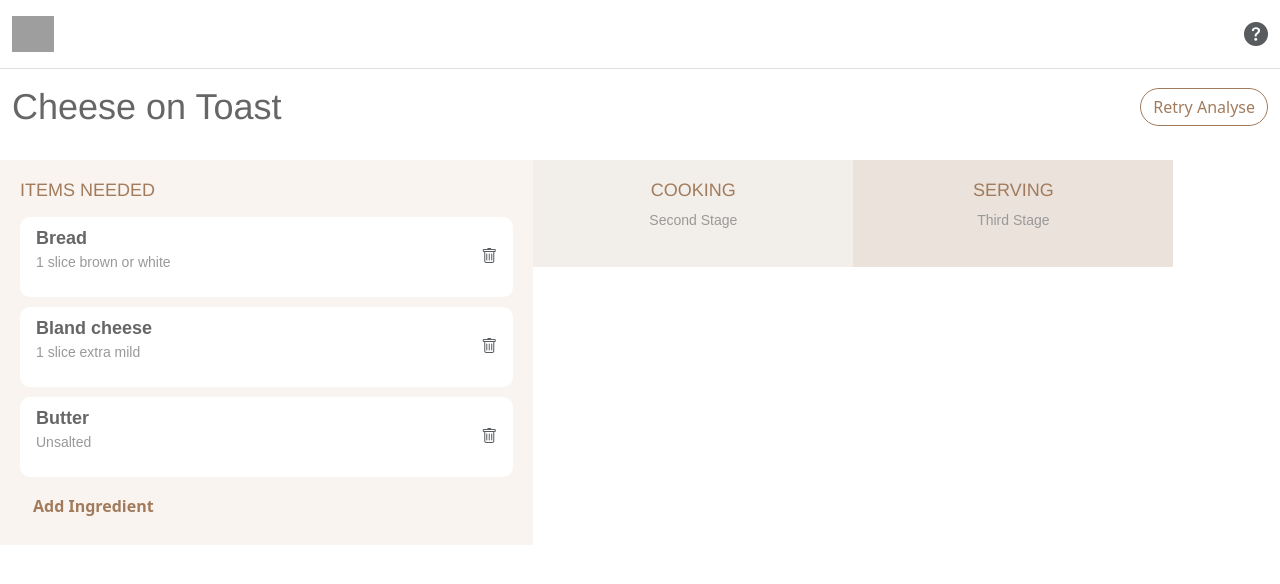
Repository: devashrisamani/SMC
Page: index.html
An editor plug-in stored every save of this project. The page is shown before and after the next save, followed by the edit.
The browser window is 1280 px wide. The pictures show the whole page.
Pictures or frames that could not be fetched are drawn as grey boxes.

Above is the page before, as saved 2024-10-09 15:21:26.

### index.html
<!DOCTYPE html>
<html lang="en">
  <head>
    <meta charset="UTF-8" />
    <meta name="viewport" content="width=device-width, initial-scale=1.0" />
    <link
      href="https://cdn.jsdelivr.net/npm/bootstrap@5.3.0-alpha1/dist/css/bootstrap.min.css"
      rel="stylesheet"
    />
    <link
      href="https://cdn.jsdelivr.net/npm/bootstrap-icons/font/bootstrap-icons.css"
      rel="stylesheet"
    />
    <link rel="stylesheet" href="styles.css" />
    <title>Recipe Page</title>
  </head>
  <body>
    <!-- Header -->
    <header class="container-fluid border-bottom py-3">
      <div class="d-flex justify-content-between align-items-center">
        <!-- Logo -->
        <div>
          <img src="img/logomark.svg" alt="Logo" class="logo" />
        </div>

        <!-- Help Icon -->
        <div>
          <i class="bi bi-question-circle-fill fs-4 text-muted"></i>
        </div>
      </div>
    </header>

    <!-- Title and Retry Button -->
    <section class="container-fluid py-3">
      <div class="d-flex justify-content-between align-items-center">
        <!-- Title -->
        <h1 class="header-title">Cheese on Toast</h1>

        <!-- Retry Button -->
        <button class="btn btn-outline-primary retry-btn">Retry Analyse</button>
      </div>
    </section>

    <!-- Main Content -->
    <section class="container-fluid py-3">
      <div class="row">
        <!-- First Rectangle: Items Needed -->
        <div class="col-md-5 rectangle items-needed">
          <h4 class="items-title">ITEMS NEEDED</h4>

          <!-- Ingredients List -->
          <ul class="list-group ingredients-list">
            <li
              class="list-group-item d-flex justify-content-between align-items-center"
            >
              <div>
                <strong>Bread</strong>
                <p>1 slice brown or white</p>
              </div>
              <i class="bi bi-trash text-muted"></i>
            </li>
            <li
              class="list-group-item d-flex justify-content-between align-items-center"
            >
              <div>
                <strong>Bland cheese</strong>
                <p>1 slice extra mild</p>
              </div>
              <i class="bi bi-trash text-muted"></i>
            </li>
            <li
              class="list-group-item d-flex justify-content-between align-items-center"
            >
              <div>
                <strong>Butter</strong>
                <p>Unsalted</p>
              </div>
              <i class="bi bi-trash text-muted"></i>
            </li>
          </ul>

          <!-- Add Ingredient Button -->
          <button class="btn btn-link add-ingredient">Add Ingredient</button>
        </div>

        <!-- Second Rectangle: Cooking -->
        <div class="col-md-3 rectangle cooking">
          <h5>COOKING</h5>
          <p>Second Stage</p>
        </div>

        <!-- Third Rectangle: Serving -->
        <div class="col-md-3 rectangle serving">
          <h5>SERVING</h5>
          <p>Third Stage</p>
        </div>
      </div>
    </section>

    <script src="https://cdn.jsdelivr.net/npm/bootstrap@5.3.0-alpha1/dist/js/bootstrap.bundle.min.js"></script>
  </body>
</html>

### styles.css
/* Custom styles for the header */
.logo {
  width: 42px;
  height: 36px;
}

.bi-question-circle-fill {
  color: #a27b5c;
}

.border-bottom {
  border-color: #eee;
}

/* Title Section */
.header-title {
  font-family: "Calistoga-Regular", Helvetica, sans-serif;
  color: #666666;
  font-size: 36px;
  margin: 0;
}

.retry-btn {
  border-color: #a27b5c;
  color: #a27b5c;
  border-radius: 20px;
}

.retry-btn:hover {
  background-color: #a27b5c;
  color: #fff;
}

/* Styling for the three rectangles */

.rectangle {
  background-color: #f7f3ef;
  padding: 20px;
  height: 100%;
  margin-bottom: 10px;
}

.items-needed {
  background-color: #f9f4ef;
}

.cooking {
  background-color: #f2eee9;
  text-align: center;
}

.serving {
  background-color: #eae2db;
  text-align: center;
}

/* Title and Text Styles */
.items-title {
  font-family: "Calistoga-Regular", Helvetica, sans-serif;
  color: #a27b5c;
  font-size: 18px;
  margin-bottom: 15px;
}

.ingredients-list .list-group-item {
  border: none;
  border-radius: 10px;
  background-color: #fff;
  margin-bottom: 10px;
  font-family: "DM Sans", sans-serif;
}

.ingredients-list .list-group-item strong {
  font-size: 18px;
  color: #666666;
}

.ingredients-list .list-group-item p {
  font-size: 14px;
  color: #999999;
}

.add-ingredient {
  color: #a27b5c;
  font-weight: bold;
  text-decoration: none;
}

.cooking h5,
.serving h5 {
  font-family: "Calistoga-Regular", Helvetica, sans-serif;
  font-size: 18px;
  color: #a27b5c;
}

.cooking p,
.serving p {
  font-family: "DM Sans", sans-serif;
  font-size: 14px;
  color: #999999;
}

After the next save:
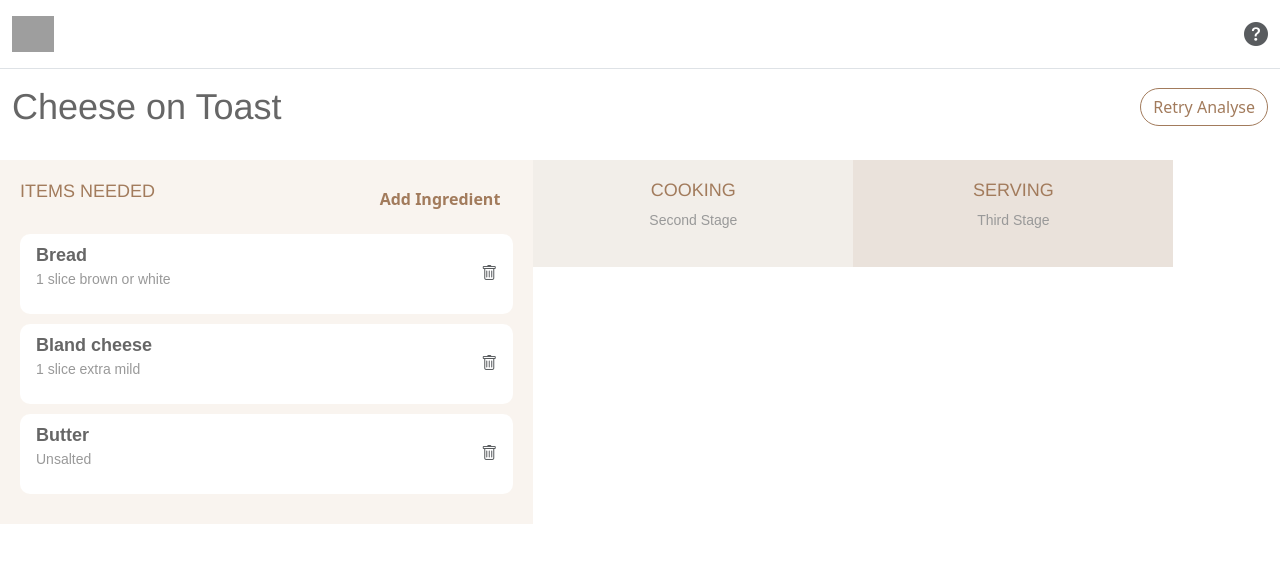
Saved 68 s later.
--- a/index.html
+++ b/index.html
@@ -46,7 +46,13 @@
       <div class="row">
         <!-- First Rectangle: Items Needed -->
         <div class="col-md-5 rectangle items-needed">
-          <h4 class="items-title">ITEMS NEEDED</h4>
+          <div class="d-flex justify-content-between align-items-center mb-3">
+            <!-- Title (Items Needed) -->
+            <h4 class="items-title">ITEMS NEEDED</h4>
+
+            <!-- Add Ingredient Button -->
+            <button class="btn btn-link add-ingredient">Add Ingredient</button>
+          </div>
 
           <!-- Ingredients List -->
           <ul class="list-group ingredients-list">
@@ -78,9 +84,6 @@
               <i class="bi bi-trash text-muted"></i>
             </li>
           </ul>
-
-          <!-- Add Ingredient Button -->
-          <button class="btn btn-link add-ingredient">Add Ingredient</button>
         </div>
 
         <!-- Second Rectangle: Cooking -->
